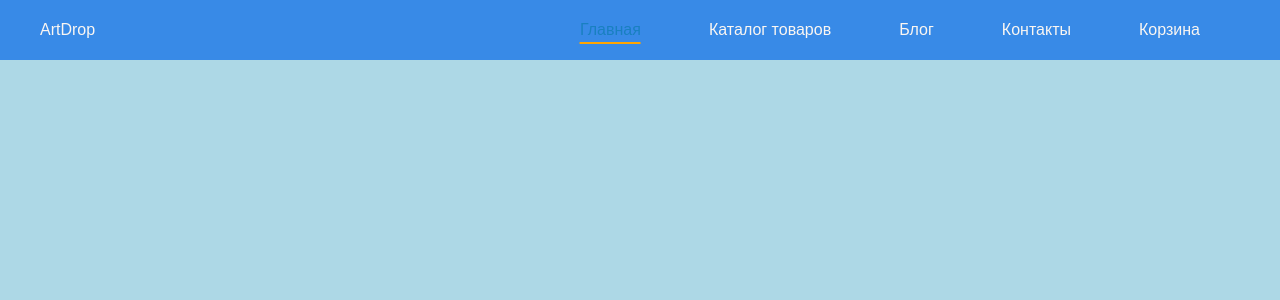
Repository: mnats725/art-drop
Page: index.html
An editor plug-in stored every save of this project. The page is shown before and after the next save, followed by the edit.
The browser window is 1280 px wide. The pictures show the whole page.
The pointer rests on the first visible `.nav ul li`.

Above is the page before, as saved 2024-05-20 19:53:06.

### index.html
<!DOCTYPE html>
<html lang="en">
<head>
    <meta charset="UTF-8">
    <meta http-equiv="X-UA-Compatible" content="IE=edge">
    <meta name="viewport" content="width=device-width, initial-scale=1.0">
    <title>ArtDrop</title>
    <link rel="stylesheet" href="./css/style.css">
</head>
<body>
    <div class="wrapper">
        <header class="header">
            <!-- Шапка -->
            <div class="logo">
                <span>ArtDrop</span>
            </div>
            <!-- Меню сайта -->
            <nav class="nav">
                <ul>
                    <li class="active">Главная</li>
                    <li>Каталог товаров</li>
                    <li>Блог</li>
                    <li>Контакты</li>
                    <li>Корзина</li>
                </ul>
            </nav>
            <!-- Иконка бургерменю -->
            <div class="burger">
                <span></span>
            </div>
        </header>
    </div>
    <script>
        document.querySelector('.burger').addEventListener('click', function() {
            this.classList.toggle('active');
            document.querySelector('.nav').classList.toggle('open');
        })
    </script>
</body>
</html>

### css/style.css
html, body {
    height: 100%;
    width: 100%;
    margin: 0;
    padding: 0;
}

body {
    display: flex;
    flex-direction: column;
    font-family: Arial, "Helvetica Neue", Helvetica, sans-serif;
    background-color: #add8e6; /* светло-синий фон */
}

*{
    padding: 0;
    margin: 0;
    box-sizing: border-box;
}

.wrapper{
    flex-grow: 1;
}

.open{
    display: flex !important;
}

.header{
    display: flex;
    align-items: center;
    justify-content: space-between;
    min-height: 60px;
    background-color: #388ae7;
    color: #FAF6F2;
    padding: 0 40px;
}

.nav{
    display: flex;
    width: 700px;
    padding: 0 40px;
}

.nav ul{
    width: 100%;
    list-style: none;
    display: flex;
    justify-content: space-between;
}

.nav ul li {
    position: relative; /* Добавим позиционирование для создания эффекта */
    cursor: pointer; /* Указатель при наведении для обозначения активного элемента */
    transition: color 0.3s ease; /* Анимация при наведении */
}

.nav ul li:hover {
    color: #1980C0; /* Цвет при наведении */
}

.nav ul li.active::after {
    content: '';
    position: absolute;
    bottom: -5px;
    left: 50%;
    transform: translateX(-50%);
    width: 100%;
    height: 2px;
    background-color: #FFA500; /* Цвет подчеркивания активного элемента */
}

.burger{
    display: none;
    position: relative;
    z-index: 50;
    align-items: center;
    justify-content: flex-end;
    width: 30px;
    height: 18px;
}

.burger span{
    height: 2px;
    width: 80%;
    transform: scale(1);
    background-color: #FAF6F2;
}

.burger::before, .burger::after{
    content: '';
    position: absolute;
    height: 2px;
    width: 100%;
    background-color: #FAF6F2;
    transition: all 0.3s ease 0s;
}

.burger::before { top: 0 }

.burger::after { bottom: 0 }


/* Добавляем класс active для анимации иконки бургера */
.burger.active span { transform: scale(0) }

.burger.active::before{
    top: 50%;
    transform: rotate(-45deg) translate(0, -50%);
}

.burger.active::after{
    bottom: 50%;
    transform: rotate(45deg) translate(0, 50%);
}


/* При разрешении экрана 900px и ниже, выводим на экран иконку бургера */
@media (max-width: 900px) {

    .burger { display: flex }

    .nav{
        display: none;
        flex-direction: column;
        position: fixed;
        height: 100%;
        width: 100%;
        top: 0; bottom: 0; left: 0; right: 0;
        z-index: 50;
        overflow-y: auto;
        padding: 50px 40px;
        background-color: black;
        animation: burgerAnimation 0.4s;
    }

    .nav ul{
        flex-direction: column;
        row-gap: 30px;
    }
}

@keyframes burgerAnimation {
    from {opacity: 0}
    to {opacity: 1}
}

After the next save:
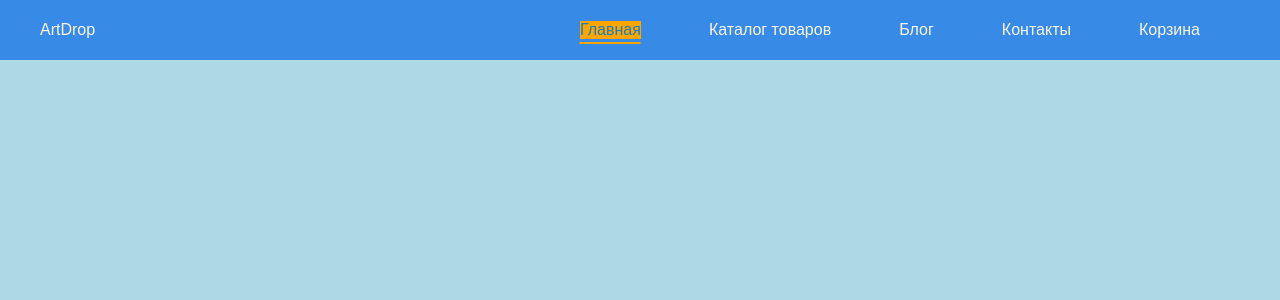
Saved 21 s later.
--- a/css/style.css
+++ b/css/style.css
@@ -57,6 +57,7 @@ body {
 
 .nav ul li:hover {
     color: #1980C0; /* Цвет при наведении */
+    background-color: #FFA500;
 }
 
 .nav ul li.active::after {
